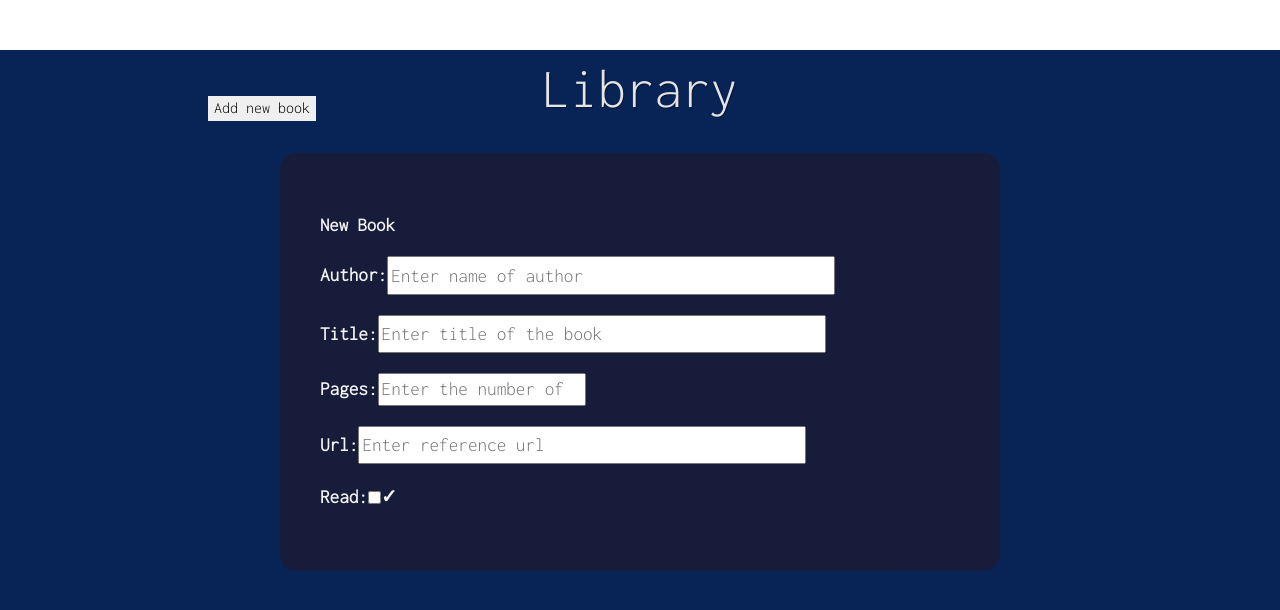
Repository: 0101chaitanya/Library
Page: index.html
These files come from the project's save history. The page is drawn as it stood at one moment and after the next save; the edit follows.
The browser window is 1280 px wide. The pictures show the whole page.

Above is the page before, as saved 2021-06-03 18:25:34.

After the next save:
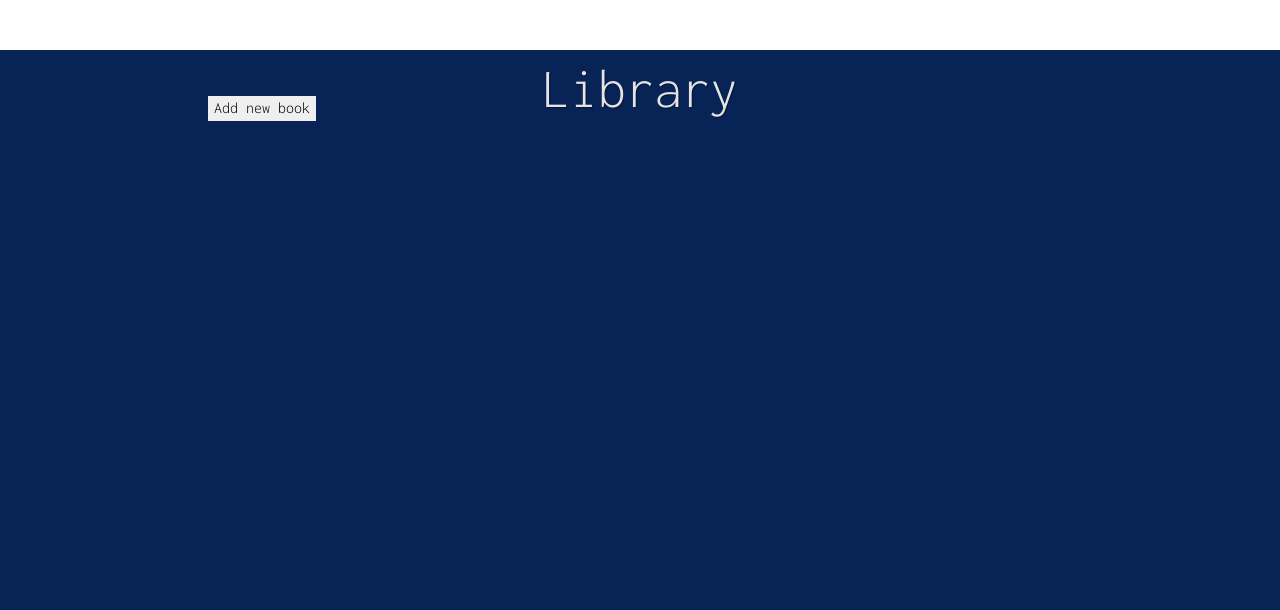
Console error: ReferenceError: label is not defined
Saved 62 s later.
--- a/script.js
+++ b/script.js
@@ -15,6 +15,7 @@
     formGroup.classList.add('formGroup');
     labelName = document.createElement('label');
     labelName.textContent = labelTextContent;
+    label.innerHTML = '<br>';
     labelName.id = labelId;
     labelName.htmlFor = inputId;
     inputId = document.createElement('input');

After the save that followed:
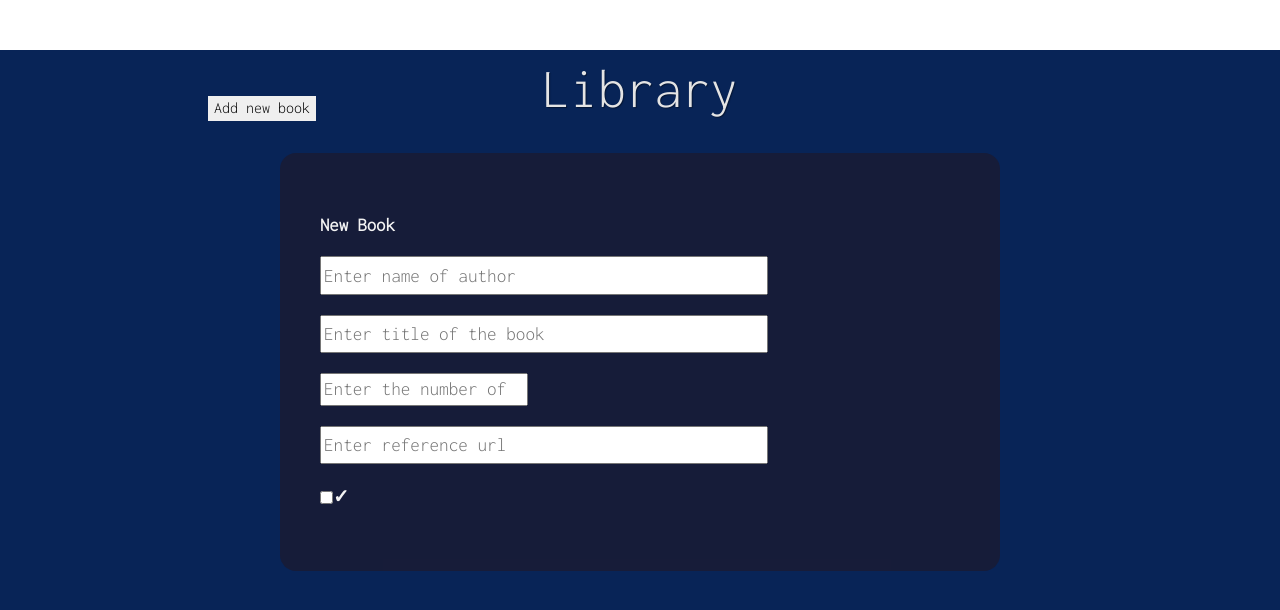
The error is gone.
Saved 9 s later.
--- a/script.js
+++ b/script.js
@@ -15,7 +15,7 @@
     formGroup.classList.add('formGroup');
     labelName = document.createElement('label');
     labelName.textContent = labelTextContent;
-    label.innerHTML = '<br>';
+    labelName.innerHTML = '<br>';
     labelName.id = labelId;
     labelName.htmlFor = inputId;
     inputId = document.createElement('input');
